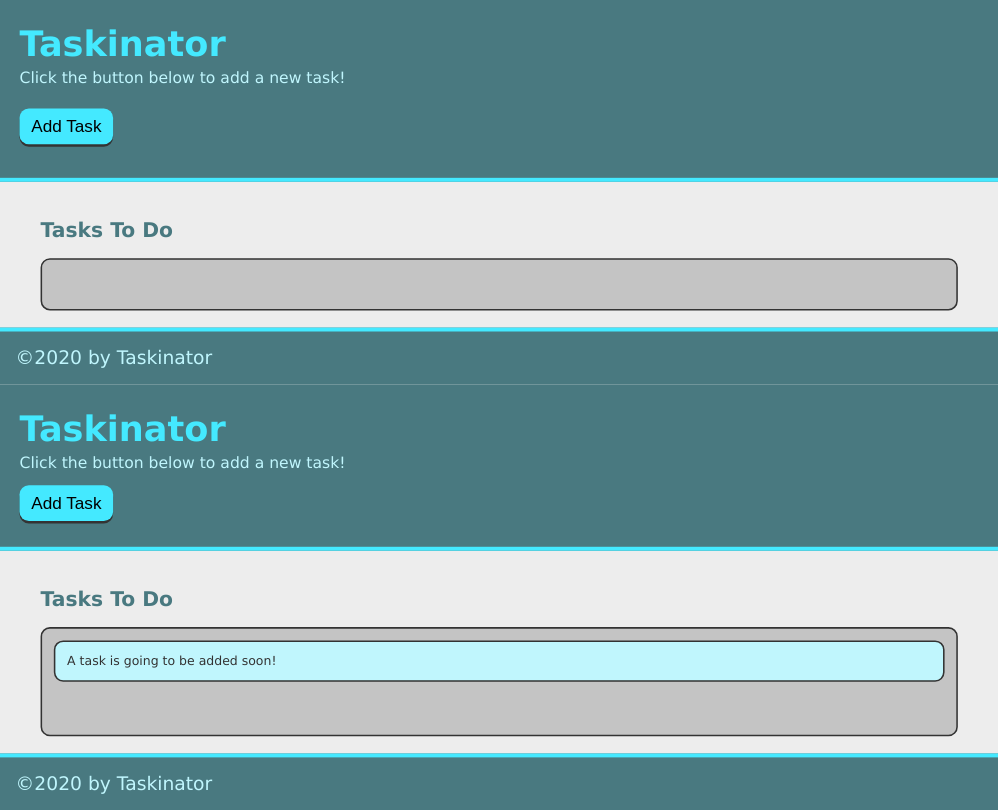
Repository: stuart-rickard/taskinator
Page: index.html
The author's editor kept a copy of each file at every save. The page is drawn from the files as they stood at one save, then again after the next save.
The browser window is 1280 px wide. The pictures show the whole page, at 78% of full size.

Above is the page before, as saved 2021-11-16 23:41:19.

### index.html
<!DOCTYPE html>
<html lang="en">
<head>
    <meta charset="UTF-8">
    <meta http-equiv="X-UA-Compatible" content="IE=edge">
    <meta name="viewport" content="width=device-width, initial-scale=1.0">
    <title>Taskinator</title>
    <link rel="stylesheet" href="./assets/css/style.css">
</head>
<body>
    <header>
        <h1 class="page-title">Taskinator</h1>
        <p>Click the button below to add a new task!</p>
        <form id="task-form">
            <div class="form-group">
                <button class="btn" id="save-task" type="submit">Add Task</button>
            </div>
        </form>
    </header>
    <main class="page-content">
        <section class="task-list-wrapper">
          <h2 class="list-title">Tasks To Do</h2>
          <ul class="task-list" id="tasks-to-do">

          </ul>
        </section>
    </main>
    <footer>
        &copy;2020 by Taskinator
    </footer>

    <script src="./assets/js/script.js"></script>
</body>
</html>
<!DOCTYPE html>
<html lang="en">
<head>
    <meta charset="UTF-8">
    <meta http-equiv="X-UA-Compatible" content="IE=edge">
    <meta name="viewport" content="width=device-width, initial-scale=1.0">
    <title>Taskinator</title>
    <link rel="stylesheet" href="./assets/css/style.css">
</head>
<body>
    <header>
        <h1 class="page-title">Taskinator</h1>
        <p>Click the button below to add a new task!</p>
        <button class="btn" id="save-task" >Add Task</button>
    </header>
    <main class="page-content">
        <section class="task-list-wrapper">
          <h2 class="list-title">Tasks To Do</h2>
          <ul class="task-list" id="tasks-to-do">
            <li class="task-item">A task is going to be added soon!</li>
          </ul>
        </section>
    </main>
    <footer>
        &copy;2020 by Taskinator
    </footer>

    <script src="./assets/js/script.js"></script>
</body>
</html>

### assets/css/style.css
* {
  box-sizing: border-box;
}

:root {
  --primary: #44e9ff;
  --secondary: #497980;
  --tertiary: rgb(192, 246, 253);
  --grey: #333;
  font-size: 62.5%;
}

body {
  background: #ededed;
  color: var(--grey);
  margin: 0;
  padding: 0;
  display: flex;
  min-height: 100vh;
  flex-direction: column;
  font-family: Verdana, Geneva, Tahoma, sans-serif;
}

header {
  background: var(--secondary);
  padding: 30px 25px;
  border-bottom: 5px solid var(--primary);
}

header p {
  color: var(--tertiary);
  margin: 5px 0 20px;
  font-size: 2rem;
}

p,
li {
  font-size: 1.6rem;
}

form {
  display: flex;
  align-items: flex-end;
  flex-wrap: wrap;
}

form input {
  outline: none;
  border: none;
  padding: 12px;
  width: 100%;
  font-size: 2.2rem;
  border: 2px solid var(--grey);
  border-radius: 12px;
}

form .form-group {
  margin: 10px 6px 10px 0;
  flex: 1;
}

footer {
  width: 100%;
  background: var(--secondary);
  color: var(--tertiary);
  font-size: 2.4rem;
  padding: 20px;
  border-top: 5px solid var(--primary);
}

.page-title {
  color: var(--primary);
  margin-bottom: 5px;
  margin-top: 0;
  font-size: 4.5rem;
}

.page-content {
  flex: 1;
  display: flex;
  flex-wrap: wrap;
  justify-content: center;
  margin: 25px auto;
  width: 95%;
}

.task-list-wrapper {
  flex: 1;
  margin: 0 20px 20px;
}

.list-title {
  color: var(--secondary);
  font-size: 2.6rem;
}

.task-list {
  list-style: none;
  padding: 15px;
  height: calc(100% - 50px);
  background: rgb(196, 196, 196);
  border-radius: 12px;
  border: 2px solid var(--grey);
}

.task-item {
  color: var(--grey);
  padding: 15px 15px;
  border: 2px solid var(--grey);
  background: var(--tertiary);
  border-radius: 12px;
  margin-bottom: 20px;
}

.task-name {
  margin: 0;
  font-size: 1.8rem;
}

.task-type {
  color: var(--secondary);
  font-size: 1.55rem;
}
.task-actions {
  display: flex;
  flex-wrap: wrap;
  align-items: center;
  margin: 10px 0 5px 0;
  justify-content: space-between;
}

.task-actions button,
.task-actions select {
  flex: 1;
}

.btn {
  outline: none;
  border: none;
  display: inline-block;
  padding: 10px 15px;
  background: var(--primary);
  font-size: 2.2rem;
  border-radius: 12px;
  position: relative;
  top: -3px;
  box-shadow: 0 3px var(--grey);
}

.btn:hover {
  box-shadow: 0 2px var(--grey);
  top: -2px;
}
.btn:active {
  box-shadow: 0 0px var(--grey);
  top: 0;
}

.edit-btn,
.delete-btn {
  font-size: 1.4rem;
  padding: 5px 7px;
  margin: 3px;
  background: var(--secondary);
  color: #fff;
}

.select-dropdown,
.select-status {
  display: block;
  font-size: 2.2rem;
  color: #444;
  padding: 12px;
  width: 100%;
  max-width: 100%;
  margin: 0;
  border: 2px solid var(--grey);
  border-radius: 12px;
  -moz-appearance: none;
  -webkit-appearance: none;
  appearance: none;
  background-color: #fff;
  background-image: url("../images/select-arrow.svg");
  background-repeat: no-repeat, repeat;
  background-position: right 0.7em top 50%, 0 0;
  background-size: 0.65em auto, 100%;
}

.select-status {
  font-size: 1.4rem;
  padding: 4px 28px 4px 4px;
  width: auto;
}

.select-dropdown::-ms-expand,
.select-status::-ms-expand {
  display: none;
}

.select-dropdown:hover,
.select-status:hover {
  border-color: #888;
}

.select-dropdown:focus,
.select-status:focus {
  border-color: #aaa;
  box-shadow: 0 0 1px 3px rgba(59, 153, 252, 0.7);
  box-shadow: 0 0 0 3px -moz-mac-focusring;
  color: #222;
  outline: none;
}
.select-dropdown option,
.select-status option {
  font-weight: normal;
  font-size: 2rem;
}

@media screen and (max-width: 980px) {
  form .form-group {
    flex: 1 100%;
  }

  form .form-group button {
    width: 100%;
  }

  .task-list-wrapper {
    flex-basis: 100%;
  }

}

### assets/js/script.js
var buttonEl = document.querySelector("#save-task");
var tasksToDoEl = document.querySelector("#tasks-to-do");

var createTaskHandler = function() {
    var listItemEl = document.createElement("li");
    listItemEl.className = "task-item";
    listItemEl.textContent = "This is a new task.";
    tasksToDoEl.appendChild(listItemEl);
  }

buttonEl.addEventListener("click", createTaskHandler);

After the next save:
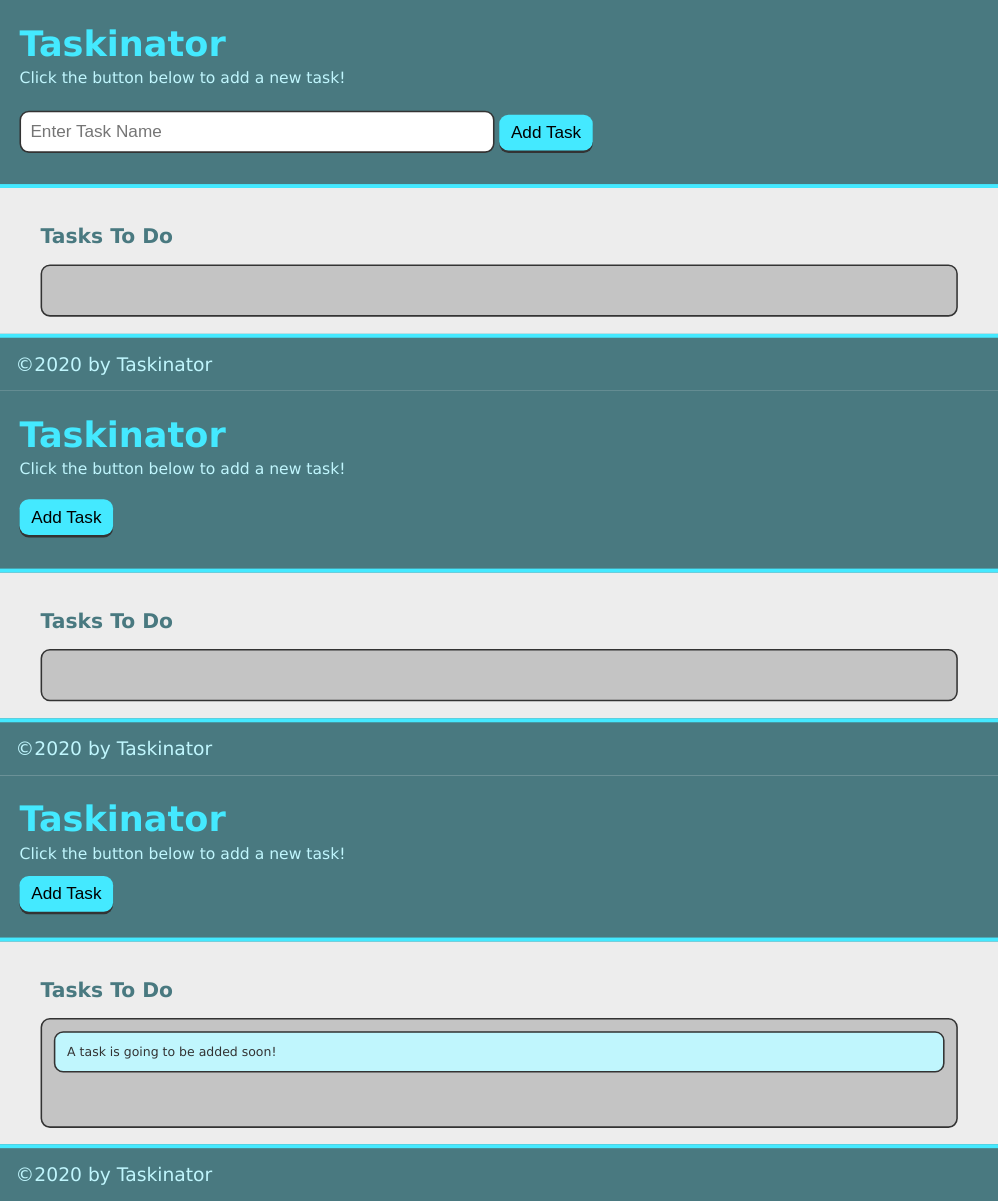
Saved 9 min 7 s later.
--- a/index.html
+++ b/index.html
@@ -1,3 +1,40 @@
+<!DOCTYPE html>
+<html lang="en">
+<head>
+    <meta charset="UTF-8">
+    <meta http-equiv="X-UA-Compatible" content="IE=edge">
+    <meta name="viewport" content="width=device-width, initial-scale=1.0">
+    <title>Taskinator</title>
+    <link rel="stylesheet" href="./assets/css/style.css">
+</head>
+<body>
+    <header>
+        <h1 class="page-title">Taskinator</h1>
+        <p>Click the button below to add a new task!</p>
+        <form id="task-form">
+            <div class="form-group">
+                <input type="text" name="task-name" placeholder="Enter Task Name" />
+            </div>
+            <div class="form-group">
+                <button class="btn" id="save-task" type="submit">Add Task</button>
+            </div>
+        </form>
+    </header>
+    <main class="page-content">
+        <section class="task-list-wrapper">
+          <h2 class="list-title">Tasks To Do</h2>
+          <ul class="task-list" id="tasks-to-do">
+
+          </ul>
+        </section>
+    </main>
+    <footer>
+        &copy;2020 by Taskinator
+    </footer>
+
+    <script src="./assets/js/script.js"></script>
+</body>
+</html>
 <!DOCTYPE html>
 <html lang="en">
 <head>
